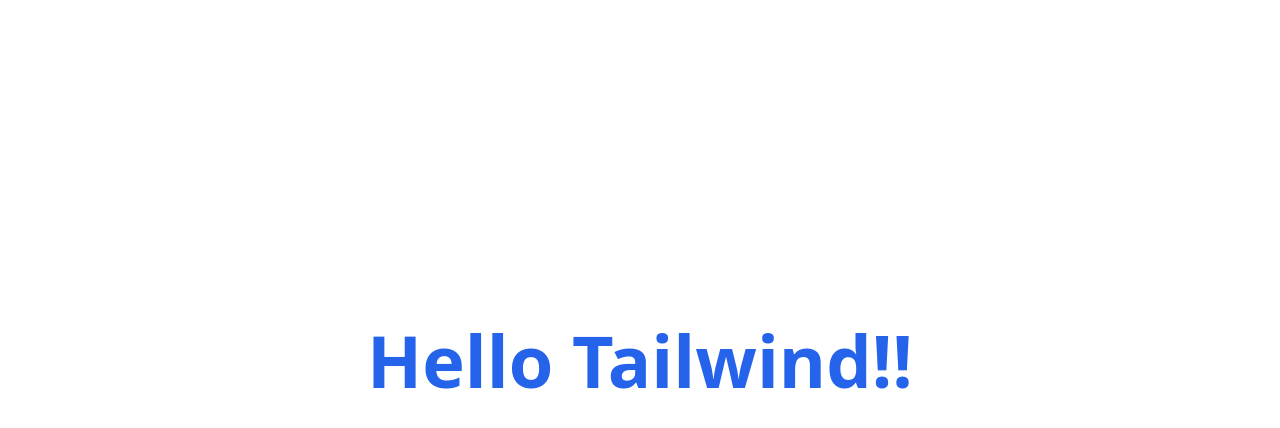
Repository: rayray1/react-tailwind-starter-template
Page: /
The author's editor kept a copy of each file at every save. The page is drawn from the files as they stood at one save, then again after the next save.
The browser window is 1280 px wide. The pictures show the whole page.
The project was rebuilt for these pictures with package versions that can differ from the ones it lists, and the page was loaded fresh each time.

Above is the page before, as saved 2023-06-23 06:43:49.

### src/App.js
import logo from './logo.svg';
import './App.css';

function App() {
  return (
    <div className="App">
      <div className="w-full h-screen flex justify-center items-center">
        <h1 className="font-bold text-7xl text-blue-600">Hello Tailwind!!</h1>
      </div>

    </div>
  );
}

export default App;

Loaded but not shown: public/index.html (common file); src/index.js (common file); src/index.css (common file); src/reportWebVitals.js (common file); src/App.css (common file); tailwind.config.js (common file)

After the next save:
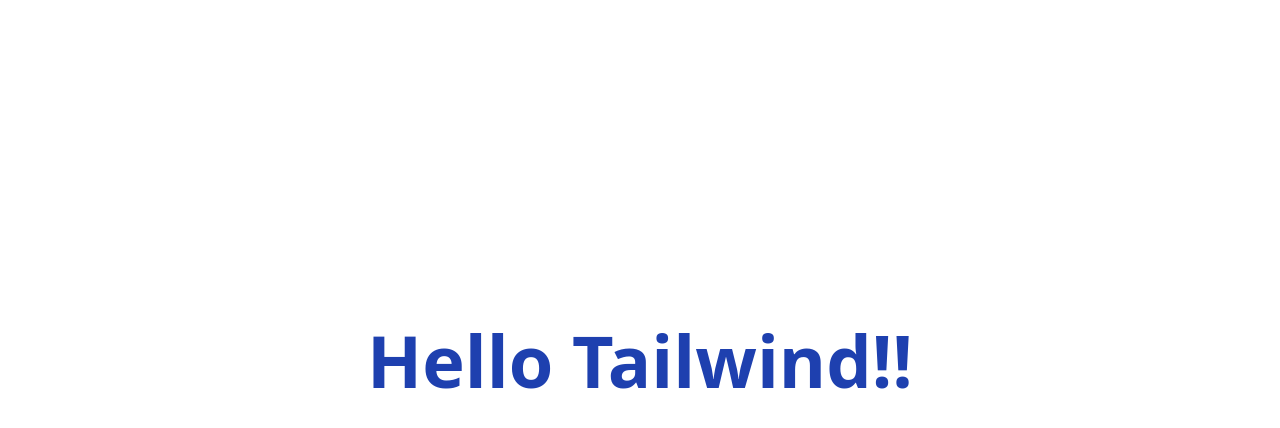
Saved 6 s later.
--- a/src/App.js
+++ b/src/App.js
@@ -5,7 +5,7 @@
   return (
     <div className="App">
       <div className="w-full h-screen flex justify-center items-center">
-        <h1 className="font-bold text-7xl text-blue-600">Hello Tailwind!!</h1>
+        <h1 className="font-bold text-7xl text-blue-800">Hello Tailwind!!</h1>
       </div>
 
     </div>
